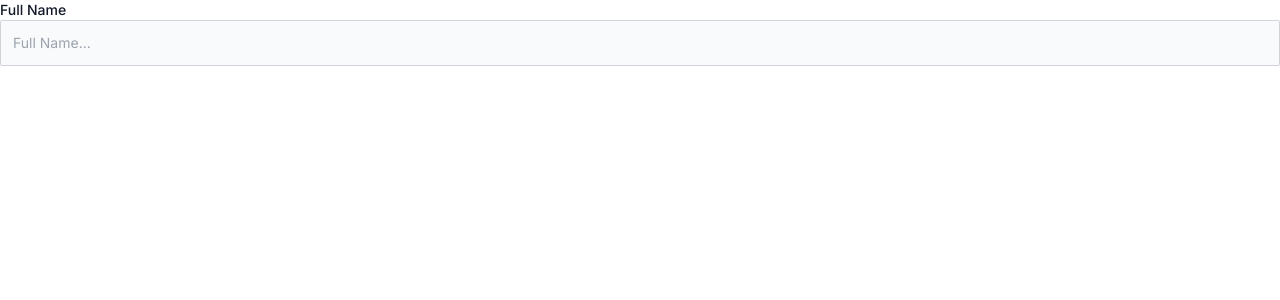
Repository: KilluaProject/crud-nextjs14
Page: /contacts/create
These files come from the project's save history. The page is drawn as it stood at one moment and after the next save; the edit follows.
The browser window is 1280 px wide. The pictures show the whole page.
The project was rebuilt for these pictures with package versions that can differ from the ones it lists, and the page was loaded fresh each time. The framework's server and built-in components were replaced by stand-ins that run in the browser. Also part of the build but not shown: next.config.mjs.

Above is the page before, as saved 2024-06-30 14:04:42.

### app/layout.tsx
import type { Metadata } from "next";
import { Inter } from "next/font/google";
import "./globals.css";

const inter = Inter({ subsets: ["latin"] });

export const metadata: Metadata = {
  title: "CRUD Apps",
  description: "Generated by create next app",
};

export default function RootLayout({
  children,
}: Readonly<{
  children: React.ReactNode;
}>) {
  return (
    <html lang="en">
      <body className={inter.className}>{children}</body>
    </html>
  );
}

### app/contacts/create/page.tsx
import CreateForm from '@/components/CreateForm'
import React from 'react'

const CreateContact = () => {
  return (
    <div>
        <CreateForm/>
    </div>
  )
}

export default CreateContact

### components/CreateForm.tsx
import React from 'react'

const CreateForm = () => {
  return (
    <div>
      <form action="">
        <div>
          <label htmlFor="name" className='block text-sm font-medium text-gray-900'>Full Name</label>
          <input type="text" name='name' id='name' placeholder='Full Name...' className='bg-gray-50 border border-gray-300 text-gray-900 text-sm rounded-sm focus:ring-blue-500 focus:border-blue-500 block w-full p-3' />
        </div>
      </form>
    </div>
  )
}

export default CreateForm

Loaded but not shown: app/globals.css (common file); tailwind.config.ts (common file)

After the next save:
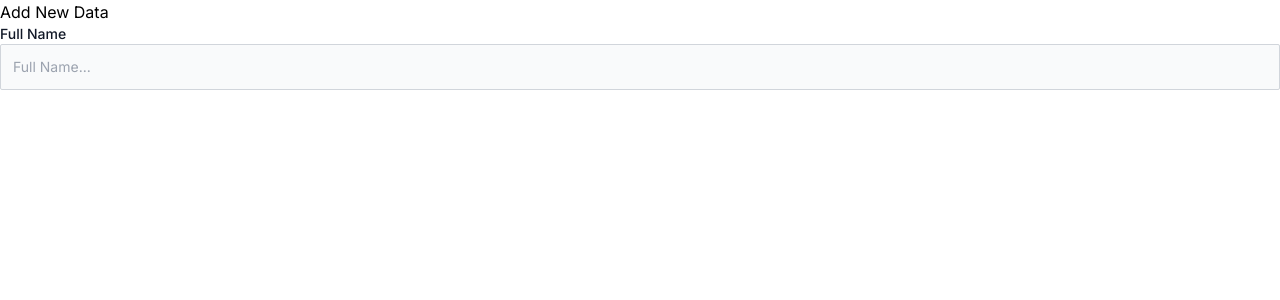
Saved 107 s later.
--- a/app/contacts/create/page.tsx
+++ b/app/contacts/create/page.tsx
@@ -4,6 +4,9 @@ import React from 'react'
 const CreateContact = () => {
   return (
     <div>
+      <h1>
+        Add New Data
+      </h1>
         <CreateForm/>
     </div>
   )
